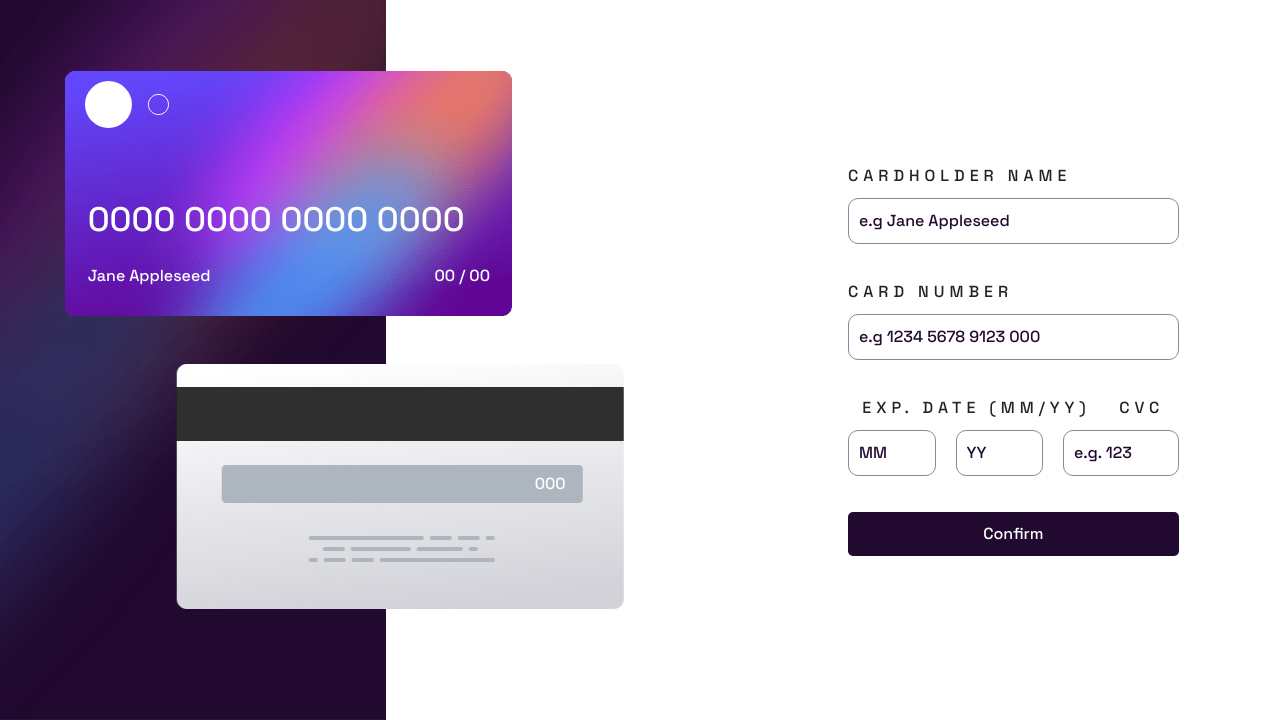
Repository: blordeus/interactive-card-details-form-main
Page: index.html
The author's editor kept a copy of each file at every save. The page is drawn from the files as they stood at one save, then again after a run of saves.
The browser window is 1280 px wide. The pictures show the whole page.
The style sheet was rebuilt from its Sass, Less or Tailwind sources for each picture, by a compiler version that may differ from the author's.

Above is the page before, as saved 2023-06-16 23:35:51.

### index.html
<!DOCTYPE html>
<html lang="en">
<head>
  <meta charset="UTF-8">
  <meta name="viewport" content="width=device-width, initial-scale=1.0"> <!-- displays site properly based on user's device -->

  <link rel="icon" type="image/png" sizes="32x32" href="./images/favicon-32x32.png">
  <link rel="stylesheet" href="index.css">
  <link href="https://cdn.jsdelivr.net/npm/bootstrap@5.3.0/dist/css/bootstrap.min.css" rel="stylesheet" integrity="sha384-9ndCyUaIbzAi2FUVXJi0CjmCapSmO7SnpJef0486qhLnuZ2cdeRhO02iuK6FUUVM" crossorigin="anonymous">
  <title>Frontend Mentor | Interactive card details form</title>
  <link rel="preconnect" href="https://fonts.googleapis.com">
<link rel="preconnect" href="https://fonts.gstatic.com" crossorigin>
<link href="https://fonts.googleapis.com/css2?family=Space+Grotesk:wght@500&display=swap" rel="stylesheet">
  <!-- Feel free to remove these styles or customise in your own stylesheet 👍 -->
  <style>
    .attribution { font-size: 11px; text-align: center; }
    .attribution a { color: hsl(228, 45%, 44%); }
  </style>
</head>
<body>
<main class="container-fluid vh-100">

    <div class="bg-image w-100">
      <img src="./images/bg-main-desktop.png" alt="" class="d-none d-md-inline-block vh-100 mw-100">
      <img src="./images/bg-main-mobile.png" alt="" class="d-inline-block d-md-none w-100">
    </div>

    <div class="h-100">
      <div class="row h-100 align-items-md-center align-item-start justify-content-center">

        <div class="col-8 col-md-6 col-sm-9 align-self-center mb-5 mb-md-0">
          <div class="cards d-flex flex-column">
            <div class="front-card order-second order-md-first position-relative mb-0 mb-md-5">
              <img src="./images/bg-card-front.png" alt="front card" class="mw-100">

              <div class="card-logo">
                <img src="./images/card-logo.svg" alt="card logo">
              </div>
              <p class="card-number text-white">0000 0000 0000 0000</p>
              <p class="card-name text-white"> Jane Appleseed</p>
              <p class="date text-white">
                <span class="month">00</span> / <span class="year">00</span>
              </p>

            </div>
             <div class="back-card order-first order-md-second position-relative">
              <img src="./images/bg-card-back.png" alt="back card" class="mw-100">
              <p class="cvc text-white">000</p>
             </div>
          </div>

        </div>

        <div class="col-12 col-md-4 col-lg-4 col-sm-12 offset-xl-1 offset-lg-2 offset-md-2 offset-xxl-0 px-5">
          <form action="/" class="form">
            <label for="cardholder-name">Cardholder Name</label>

            <input type="text" name="cardholder" id="cardholder-name" placeholder="e.g Jane Appleseed">

            <p class="card-name-error"></p>
            <label for="card-number">Card Number</label>
            <input type="text" name="cardnumber" id="card-number" placeholder="e.g 1234 5678 9123 000" maxlength="19">
            <p class="card-number-error"></p>

            <div class="d-flex justify-content-around">
              <label for="exp-date" id="exp-date">Exp. Date (MM/YY)</label>
              <label for="cvc">CVC</label>
            </div>

            <div class="d-flex">
              <input type="text" name="month" id="month" placeholder="MM" maxlength="2">
              <input type="text" name="year" id="year" placeholder="YY" maxlength="2">
              <input type="text" name="cvc" id="cvc" placeholder="e.g. 123" maxlength="3">

            </div>

            <div class="d-flex">
              <p class="month-error me-1"></p>
              <p class="year-error me-1"></p>
              <p class="cvc-error"></p>
            </div>

            <button type="button" class="submit-btn w-100">Confirm</button>


          </form>
         <!-- Completed state start -->
          <div class="submitted-container">
            <div class="text-center">
              <img class="mb-4" src="./images/icon-complete.svg" alt="complete icon">
              <h1 class="title mb-4">Thank you!</h1>
              <p class="text mb-4">We've added your card details</p>
              <button type="button" class="submit-btn continue-btn w-100">Continue</button>
            </div>
          </div>
        </div>

      </div>
    </div>

    <div class="attribution visually-hidden">
      Challenge by <a rel="noopener" href="https://www.frontendmentor.io?ref=challenge" target="_blank">Frontend Mentor</a>.
      Coded by <a href="#">Your Name Here</a>.
    </div>
  </main>
  <script src="./index.js"></script>
</body>
</html>

### index.js
const cardNumberBox = document.querySelector(".card-number");
const cardNameBox = document.querySelector(".card-name");
const monthBox = document.querySelector(".month");
const yearBox = document.querySelector(".year");
const cvcBox = document.querySelector(".cvc");
const cardholderNameInput = document.getElementById("cardholder-name");
const cardNumberInput = document.getElementById("card-number");
const cardExpMonth = document.getElementById("month");
const cardExpYear = document.getElementById("year");
const cvc = document.getElementById("cvc");
const submitBtn = document.querySelector(".submit-btn");
const submitedContainer = document.querySelector(".submitted-container");
const form = document.querySelector(".form");
const cardNameError = document.querySelector(".card-name-error");
const cardNumberError = document.querySelector(".card-number-error");
const monthError = document.querySelector(".month-error");
const yearError = document.querySelector(".year-error");
const cvcError = document.querySelector(".cvc-error");
const continueBtn = document.querySelector(".continue-btn");

cardholderNameInput.addEventListener("keyup", (e) => {
  let cardNameValue = cardholderNameInput.value;
  let key = e.key;
  let keyLetters = key.match(/^[A-za-z ]*$/);
  if (cardNameValue.length === 0) {
    cardNameError.innerHTML = "Please enter your name!";
  } else if (keyLetters) {
    cardNameBox.innerHTML = cardNameValue;
  } else {
    cardholderNameInput.setAttribute("disabled", "");
    cardNameError.innerHTML = "Please use only letters!";
  }
});
cardNumberInput.addEventListener("keyup", (e) => {
  let cardNumberValue = cardNumberInput.value;
  let key = e.key;
  let keyNumbers = key.match(/^[0-9 ]*$/);
  if (cardNumberValue.length === 0) {
    cardNumberError.innerHTML = "Please enter your card number!";
  } else if (keyNumbers) {
    cardNumberBox.innerHTML = cardNumberValue;
  } else if (key === "Backspace") {
    cardNumberInput.setAttribute("enabled", "");
  } else {
    cardNumberInput.setAttribute("disabled", "");
    cardNumberError.innerHTML = "Please use only numbers!";
  }
});
cardNumberInput.addEventListener("input", (e) => {
  e.target.value = e.target.value = e.target.value
    .replace(/[^\dA-Z]/g, "")
    .replace(/(.{4})/g, "$1 ")
    .trim();
});
cardExpMonth.addEventListener("input", (e) => {
  let value = e.target.value;
  let valueNumbers = value.match(/^[0-9 ]*$/);
     if (value === "") {
    monthError.innerHTML = "Please enter month";
          } else if (valueNumbers) {
    monthBox.innerHTML = value;
  } else {
    monthError.innerHTML = "Please enter month!";
    cardExpMonth.setAttribute("disabled", "");
  }
});
cardExpYear.addEventListener("input", (e) => {
  let value = e.target.value;
  let valueNumbers = value.match(/^[0-9 ]*$/);
  if (value === "") {
    yearError.innerHTML = "Please enter year!";
  } else if (valueNumbers) {
    yearBox.innerHTML = valueNumbers;
  } else {
    yearError.innerHTML = "Please enter year!";
    cardExpYear.setAttribute("disabled", "");
  }
});
cvc.addEventListener("input", (e) => {
  let value = e.target.value;
  let valueNumbers = value.match(/^[0-9 ]*$/);
  if (value === "") {
    cvcError.innerHTML = "Please enter cvc!";
  } else if (valueNumbers) {
    cvcBox.innerHTML = valueNumbers;
  } else {
    cvcError.innerHTML = "Please enter cvc!";
    cvc.setAttribute("disabled", "");
  }
});
submitBtn.addEventListener("click", () => {
  if (cardholderNameInput.value.length <= 0) {
    cardNameError.innerHTML = "Please enter your name!";
  } else if (cardNumberInput.value.length <= 0) {
    cardNumberError.innerHTML = "Please enter your card number!";
  } else if (cardExpMonth.value.length <= 0) {
    monthError.innerHTML = "Please enter month!";
  } else if (cardExpYear.value.length <= 0) {
    yearError.innerHTML = "Please enter year!";
  } else if (cvc.value.length <= 0) {
    cvcError.innerHTML = "Please enter your cvc!";
  } else {
    submitedContainer.style.display = "block";
    form.style.display = "none";
  }
});
continueBtn.addEventListener("click", () => {
  submitedContainer.style.display = "none";
  continueBtn.style.width = "100%";
  form.style.display = "block";
});

### index.scss
@import url('https://fonts.googleapis.com/css2?family=Space+Grotesk:wght@500&display=swap');

$font-stack: 'Space Grotesk', sans-serif !important;
$fs: 18px;

//colors
$linear-left: hsl(249, 99%, 64%);
$linear-right: hsl(278, 94%, 30%);
$error-red: hsl(0, 100%, 66%);

$neutral1: hsl(0, 0%, 100%);
$neutral2: hsl(270, 3%, 87%);
$neutral3: hsl(279, 6%, 55%);
$neutral4: hsl(278, 68%, 11%);

/*
  1. Use a more-intuitive box-sizing model.
*/
*, *::before, *::after {
    box-sizing: border-box;
  }
  /*
    2. Remove default margin
  */
  * {
    margin: 0;
  }
  /*
    Typographic tweaks!
    3. Add accessible line-height
    4. Improve text rendering
  */
  body {
    line-height: 1.5;
    -webkit-font-smoothing: antialiased;
    font-family: $font-stack;
    font-weight: 500;
    font-size: $fs;
    min-height: 100vh;
  }
  /*
    5. Improve media defaults
  */
  img, picture, video, canvas, svg {
    display: block;
    max-width: 100%;
  }
  /*
    6. Remove built-in form typography styles
  */
  input, button, textarea, select {
    font: inherit;
  }
  /*
    7. Avoid text overflows
  */
  p, h1, h2, h3, h4, h5, h6 {
    overflow-wrap: break-word;
  }
  /*
    8. Create a root stacking context
  */
  #root, #__next {
    isolation: isolate;
  }

  .bg-image{
    position: fixed;
    top: 0;
    left: 0;
    z-index: -1;
  }

  .front-card, .back-card{
    width: -moz-fit-content;
    width: fit-content;
  }

  .back-card{transform: translateX(25%);}

  .card-logo{
    position: absolute;
    top: 10px;
    left: 20px;
    width: 100%;
  }

  .card-number{
    position: absolute;
    top: 50%;
    left: 5%;
    font-size: 34px;
  }

  .card-name{
    position: absolute;
    bottom: 5%;
    left: 5%;
  }

  .date{
    position: absolute;
    bottom: 5%;
    right: 5%;
  }

  .cvc{
    width: 40%;
    transform: translate(200%, -570%);
  }

  form label{
    text-transform: uppercase;
    letter-spacing: 5px;
    margin-bottom: 10px;
  }

  form input{
    padding: 10px;
    border-radius: 10px;
    margin-bottom: 20px;
    border: 1px solid $neutral3;
    transition: 200ms ease-in;
  }

  #month, #year {
    width: 30%;
    margin-right: 20px;
  }

  #cvc{
    width: 40%;
  }

  .submit-btn{
    background-color: $neutral4;
    color: $neutral1;
    border: none;
    outline: none;
    border-radius: 5px;
    padding: 10px 0px;
  }

  input::placeholder{color: $neutral4}
  input:focus{
    outline: none;
    border-image-source: linear-gradient($linear-left,$linear-right);
    border-width: 2px;
    border-image-slice: 1;
    border-radius: 10px;
  }

  .title{
    text-transform: uppercase;
    color: $neutral4;
  }

  .text{
    color: $neutral3;
  }

  .form{
    display: flex;
    flex-direction: column;
  }

  .submitted-container{
    display: none;
  }

  .card-name-error, .card-number-error, .month-error, .year-error, .cvc-error{
    color: $error-red;
  }

  /* media queries */

  @media all and (max-width: 994px){
    .card-number{font-size: 24px;}
    .cvc{
        transform: translate(195%, -500%);
        position: relative;
    }
  }


  @media all and (max-width: 768px){
    .back-card{
        transform: translate(25%, 55%);
        z-index: -1;
    }
    .card-number{font-size: 18px;}
    .cvc{
        transform: translate(190%, -380%);
        position: relative;
    }
  }


  @media all and (max-width: 400px){
        .back-card{
        transform: translate(25%, 55%);
        z-index: -1;
    }
    .card-name, .date {bottom: 0%;}
    .cvc {
        top: 40%;
        transform: translate(185%, -330%);
        position: relative;
    }
  }

After the next 2 saves:
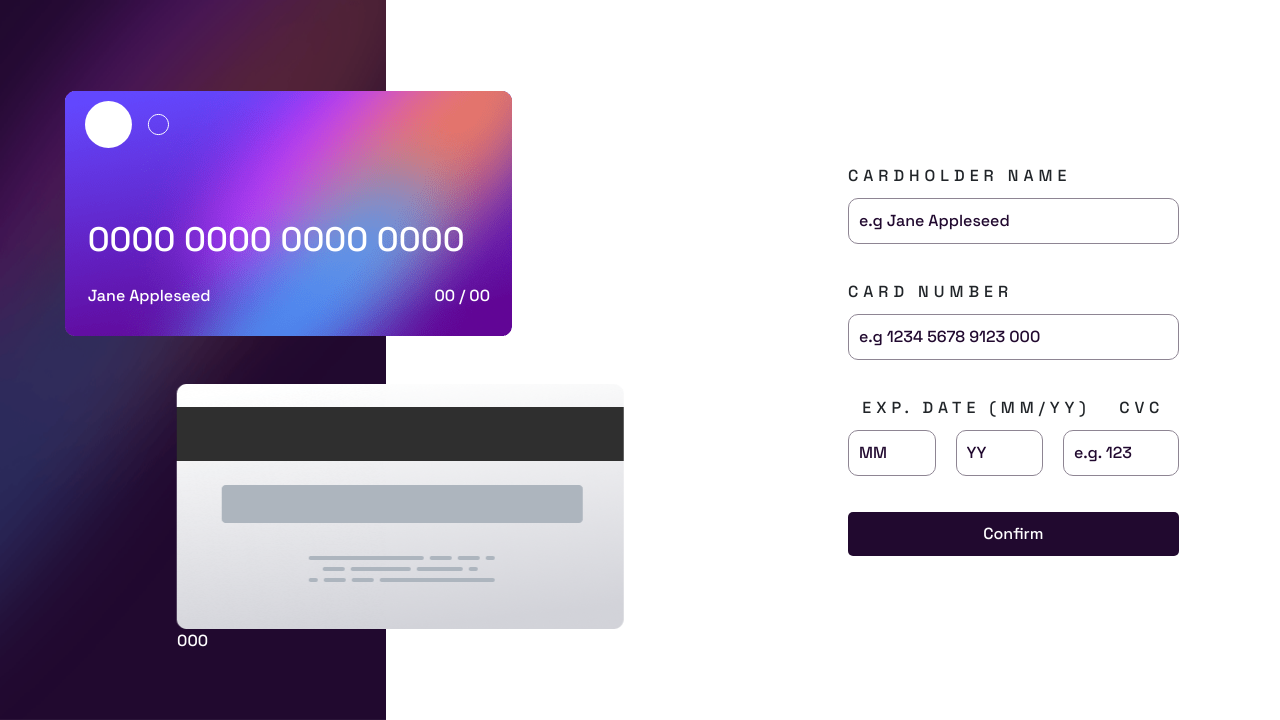
The 2 saves are shown as one change because they came seconds apart.
The last was saved 2 min 39 s later.
--- a/index.scss
+++ b/index.scss
@@ -105,8 +105,7 @@ $neutral4: hsl(278, 68%, 11%);
   }
 
   .cvc{
-    width: 40%;
-    transform: translate(200%, -570%);
+   position: absolute;
   }
 
   form label{
